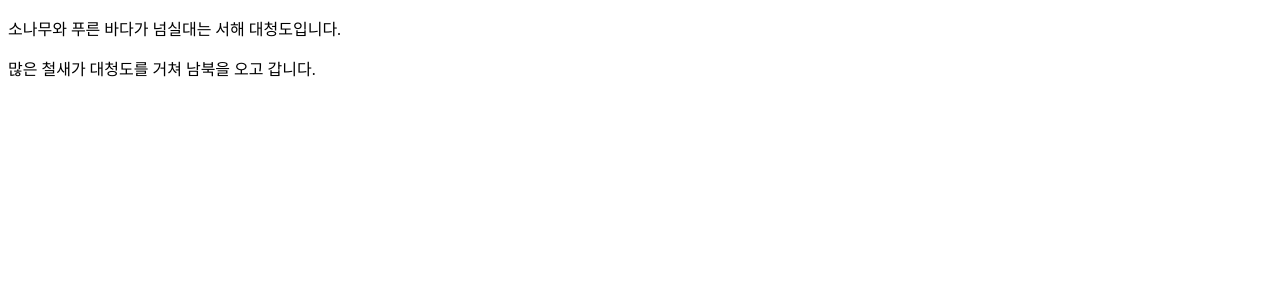
Repository: suhong99/JqueryLecture
Page: sample01/src/main/webapp/index.html
These files come from the project's save history. The page is drawn as it stood at one moment and after the next save; the edit follows.
The browser window is 1280 px wide. The pictures show the whole page.

Above is the page before, as saved 2023-06-26 01:23:50.

After the next save:
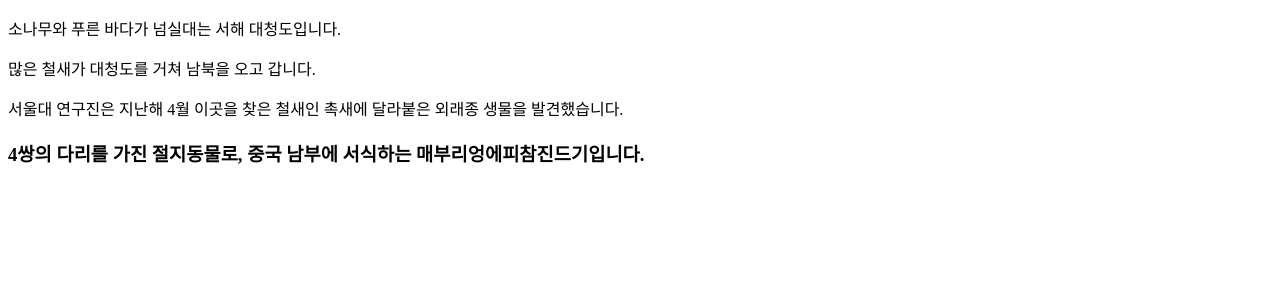
Saved 84 s later.
--- a/sample01/src/main/webapp/index.html
+++ b/sample01/src/main/webapp/index.html
@@ -23,7 +23,7 @@
 
 <p>소나무와 푸른 바다가 넘실대는 서해 대청도입니다. </p>
 <p id="demo">많은 철새가 대청도를 거쳐 남북을 오고 갑니다. </p>
-<p class ="cls"></p>
-
+<p class ="cls">서울대 연구진은 지난해 4월 이곳을 찾은 철새인 촉새에 달라붙은 외래종 생물을 발견했습니다.</p>
+<h3 class='cls'>4쌍의 다리를 가진 절지동물로, 중국 남부에 서식하는 매부리엉에피참진드기입니다.</h3>
 </body>
 </html>
